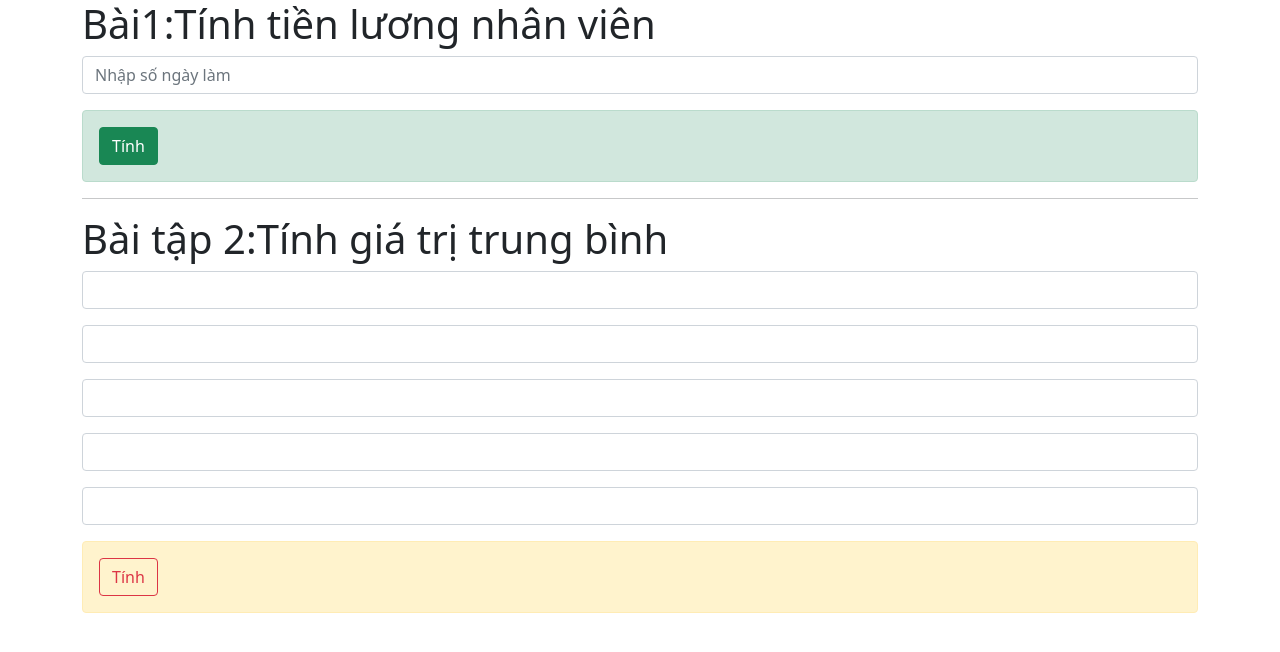
Repository: qkhanh1104k/Js-buoi2-3_giaodienbuoi1
Page: index.html
An editor plug-in stored every save of this project. The page is shown before and after the next save, followed by the edit.
The browser window is 1280 px wide. The pictures show the whole page.

Above is the page before, as saved 2022-07-21 10:29:38.

### index.html
<!DOCTYPE html>
<html lang="en">
  <head>
    <meta charset="UTF-8" />
    <meta http-equiv="X-UA-Compatible" content="IE=edge" />
    <meta name="viewport" content="width=device-width, initial-scale=1.0" />
    <title>Document</title>
    <link
      href="https://cdn.jsdelivr.net/npm/bootstrap@5.1.3/dist/css/bootstrap.min.css"
      rel="stylesheet"
      integrity="sha384-1BmE4kWBq78iYhFldvKuhfTAU6auU8tT94WrHftjDbrCEXSU1oBoqyl2QvZ6jIW3"
      crossorigin="anonymous"
    />
  </head>
  <body>
    <div class="container">
      <h1>Bài1:Tính tiền lương nhân viên</h1>
      <div>
        <input
          type="text"
          id="txtNum"
          class="form-control mb-3"
          placeholder="Nhập số ngày làm"
        />
        <div class="alert alert-success" id="resultBT1">
          <button class="btn btn-success" onclick="demoWhile()">Tính</button>
        </div>
      </div>
      <hr />
      <h1>Bài tập 2:Tính giá trị trung bình</h1>
      <div>
        <input type="text" id="txtNum1Bt2" class="form-control mb-3" />
        <input type="text" id="txtNum2Bt2" class="form-control mb-3" />
        <input type="text" id="txtNum3Bt2" class="form-control mb-3" />
        <input type="text" id="txtNum4Bt2" class="form-control mb-3" />
        <input type="text" id="txtNum5Bt2" class="form-control mb-3" />
        <div class="alert alert-warning" id="resBt2">
          <button class="btn btn-outline-danger" onclick="calcAvarage5()">
            Tính
          </button>
        </div>
      </div>
    </div>

    <script src="./index.js"></script>
  </body>
</html>

### index.js
// bai tap 1
 /* input:lương 1 ngày, số ngày làm
    process:
    1.lấy input
    2.tính lương= số ngày *lương 1 ngày
    3.log ra màn hình
    output:tiền lương
  */
function demoWhile(){
    var value = +document.getElementById("txtNum").value;
    var salaryPerDay = 200000;
    var salary = value*salaryPerDay;
    document.getElementById("resultBT1").innerHTML= salary;
}

After the next save:
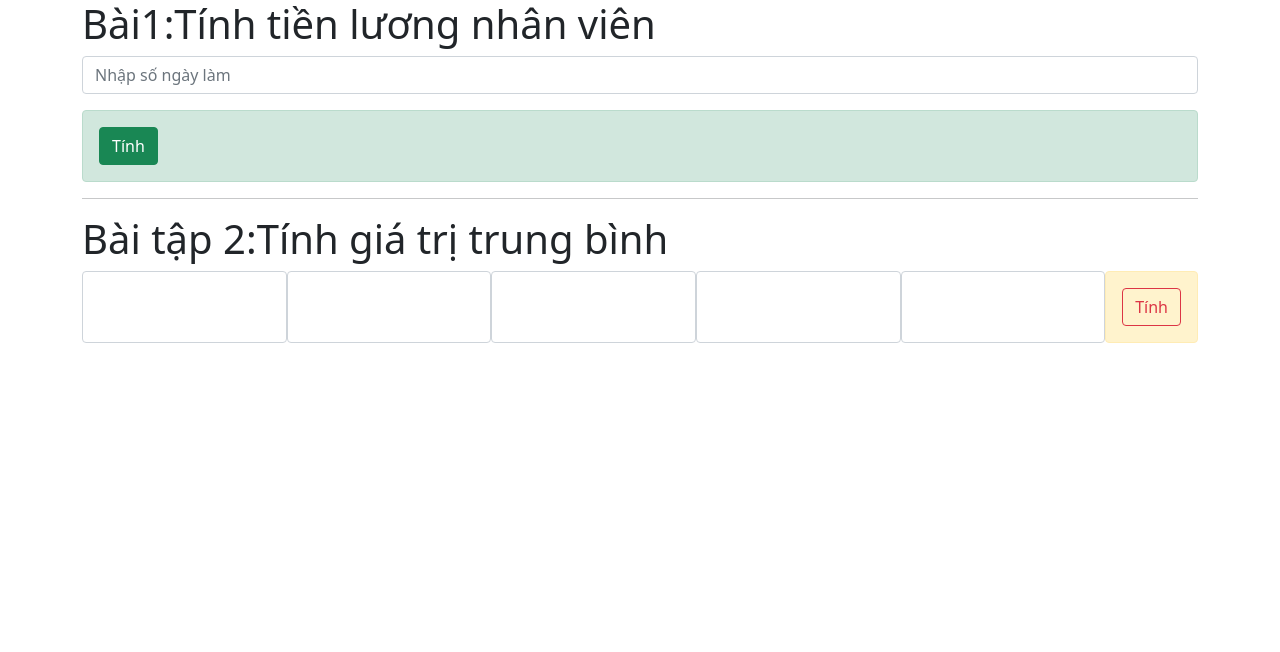
Saved 16 s later.
--- a/index.html
+++ b/index.html
@@ -28,7 +28,7 @@
       </div>
       <hr />
       <h1>Bài tập 2:Tính giá trị trung bình</h1>
-      <div>
+      <div class="d-flex">
         <input type="text" id="txtNum1Bt2" class="form-control mb-3" />
         <input type="text" id="txtNum2Bt2" class="form-control mb-3" />
         <input type="text" id="txtNum3Bt2" class="form-control mb-3" />
